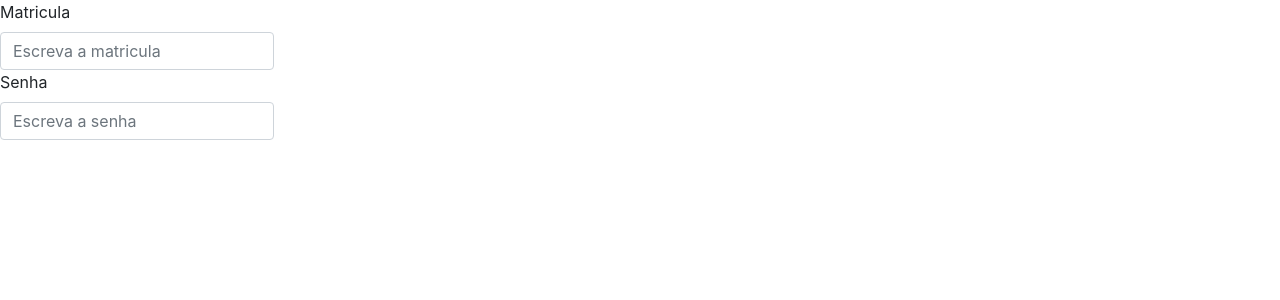
Repository: gabrielfeliphe/AssistenciaTecnica
Page: PI-AssistenciaTecnica/WebContent/pages/adm/cadastro_funcionario.html
An editor plug-in stored every save of this project. The page is shown before and after a run of saves, followed by the edit.
The browser window is 1280 px wide. The pictures show the whole page.

Above is the page before, as saved 2021-10-12 06:03:12.
Console error: TypeError: Cannot read properties of undefined (reading 'fn')

### PI-AssistenciaTecnica/WebContent/pages/adm/cadastro_funcionario.html
<!DOCTYPE html>
<html>
<head>
<meta charset="UTF-8">
<title>Cadastro de funcionários</title>

<link rel="stylesheet" href="https://stackpath.bootstrapcdn.com/bootstrap/4.1.3/css/bootstrap.min.css" integrity="sha384-MCw98/SFnGE8fJT3GXwEOngsV7Zt27NXFoaoApmYm81iuXoPkFOJwJ8ERdknLPMO" crossorigin="anonymous">
<script src="https://stackpath.bootstrapcdn.com/bootstrap/4.1.3/js/bootstrap.min.js" integrity="sha384-ChfqqxuZUCnJSK3+MXmPNIyE6ZbWh2IMqE241rYiqJxyMiZ6OW/JmZQ5stwEULTy" crossorigin="anonymous"></script>



</head>
<body>

	<div class="form-group row col-sm-10">
		<form>
		 	<label>Matricula</label>
		 	 <input type="text" class="form-control"  placeholder="Escreva a matricula">
		 	 <label>Senha</label>
		 	 <input type="password" class="form-control"  placeholder="Escreva a senha">
		</form>
	</div>

</body>
</html>

After the next 2 saves:
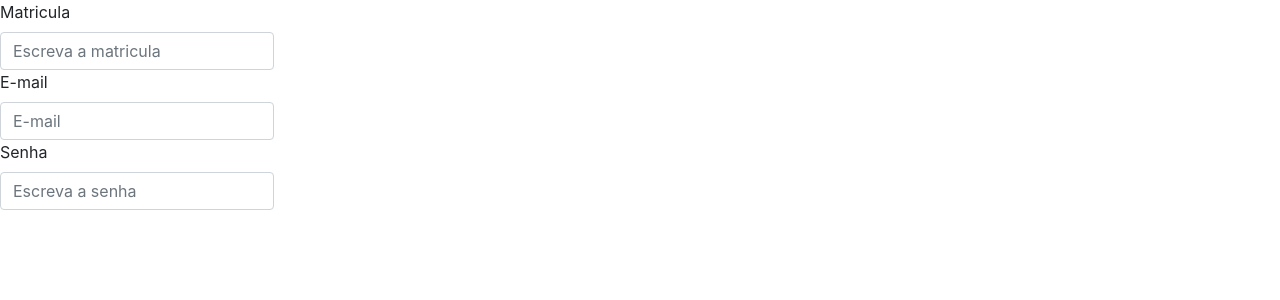
The 2 saves are shown as one change because they came seconds apart.
The last was saved 46 s later.
--- a/PI-AssistenciaTecnica/WebContent/pages/adm/cadastro_funcionario.html
+++ b/PI-AssistenciaTecnica/WebContent/pages/adm/cadastro_funcionario.html
@@ -16,6 +16,8 @@
 		<form>
 		 	<label>Matricula</label>
 		 	 <input type="text" class="form-control"  placeholder="Escreva a matricula">
+		 	 <label>E-mail</label>
+		 	 <input type="email" class="form-control"  placeholder="E-mail">
 		 	 <label>Senha</label>
 		 	 <input type="password" class="form-control"  placeholder="Escreva a senha">
 		</form>
